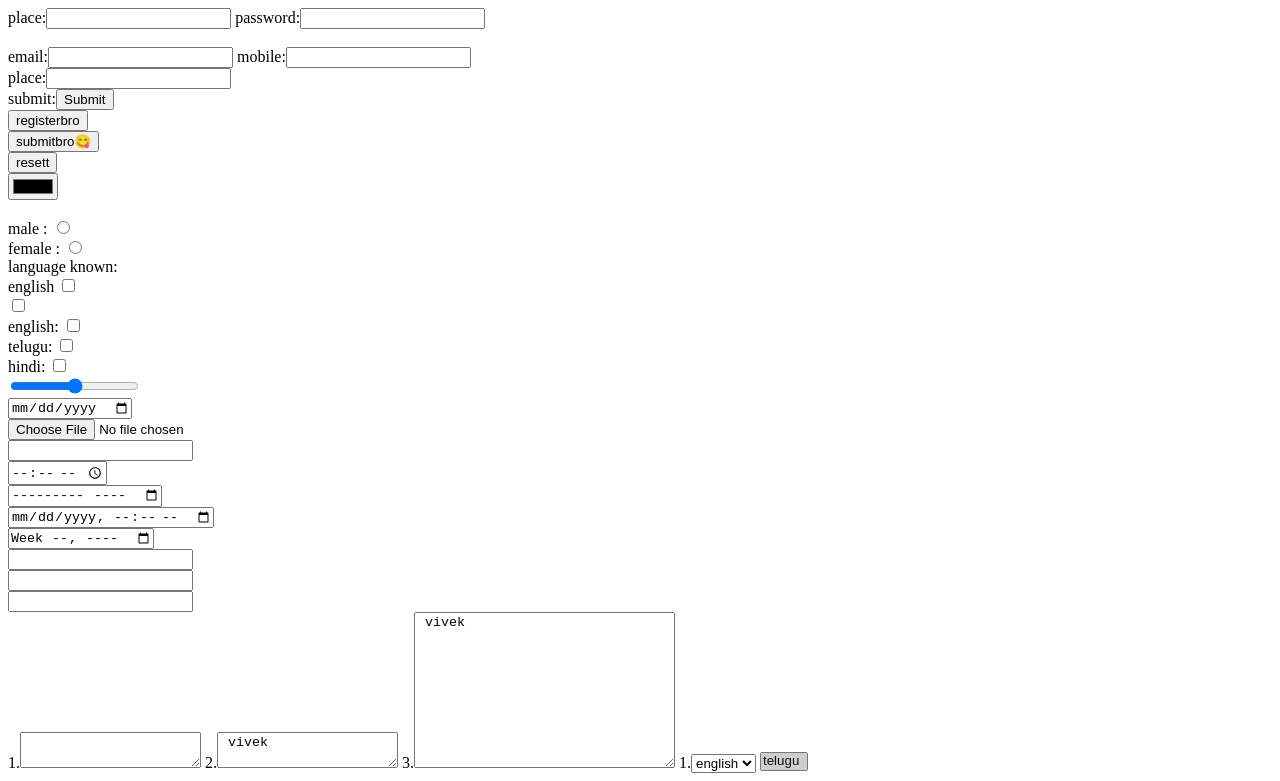
Repository: viveknaidu007/repo-113-HTML
Page: 9.html
The author's editor kept a copy of each file at every save. The page is drawn from the files as they stood at one save, then again after the next save.
The browser window is 1280 px wide. The pictures show the whole page.

Above is the page before, as saved 2024-06-15 22:25:21.

### 9.html
<!DOCTYPE html>
<html>
    <head>
        <title> forms demo</title>
    </head>

    <body>
        <form action="response.html">
            place:<input type="text">
            password:<input type="password"> <br> <br>
            email:<input type="email">
            mobile:<input type="tel"> <br>
            place:<input type="number"> <br>
            submit:<input type="submit"> <br>
            <input type="submit" value="registerbro"> <br>
            <input type="submit" value="submitbro😋"> <br>
            <input type="reset" value="resett">  <br>
            <input type="color"> <br>
            <input type="hidden"> <br>
            male : <input type="radio" name="gender"> <br>
            female : <input type="radio" name="gender"> <br>
            language known: <br>
            english <input type="checkbox"> <br>
            <input type="checkbox"> <br>
            english: <input type="checkbox"> <br>
            telugu: <input type="checkbox"> <br>
            hindi: <input type="checkbox"> <br>

            <input type="range"> <br>
            <input type="date"> <br>
            <input type="file"> <br>
            <input type="search"> <br>
            <input type="time"> <br>
            <input type="month"> <br>
            <input type="datetime-local"> <br>
            <input type="week"> <br>
            <input type="url"> <br>

            <input type="text" name="place" minlength="3" maxlength="10"> <br>
            <input type="password" required minlength="3" maxlength="10"> <br>

            1.<textarea></textarea>
            2.<textarea> vivek </textarea>
            3.<textarea cols="30" rows="10"> vivek </textarea>

            1.<select>
                <option> english</option>
                <option> telugu</option>
                <option> hindi</option>
            </select>

            <select multiple size="1">
                <option> english</option>
                <option selected> telugu</option>
                <option> hindi</option>
            </select>

        </form>
    </body>
</html>

After the next save:
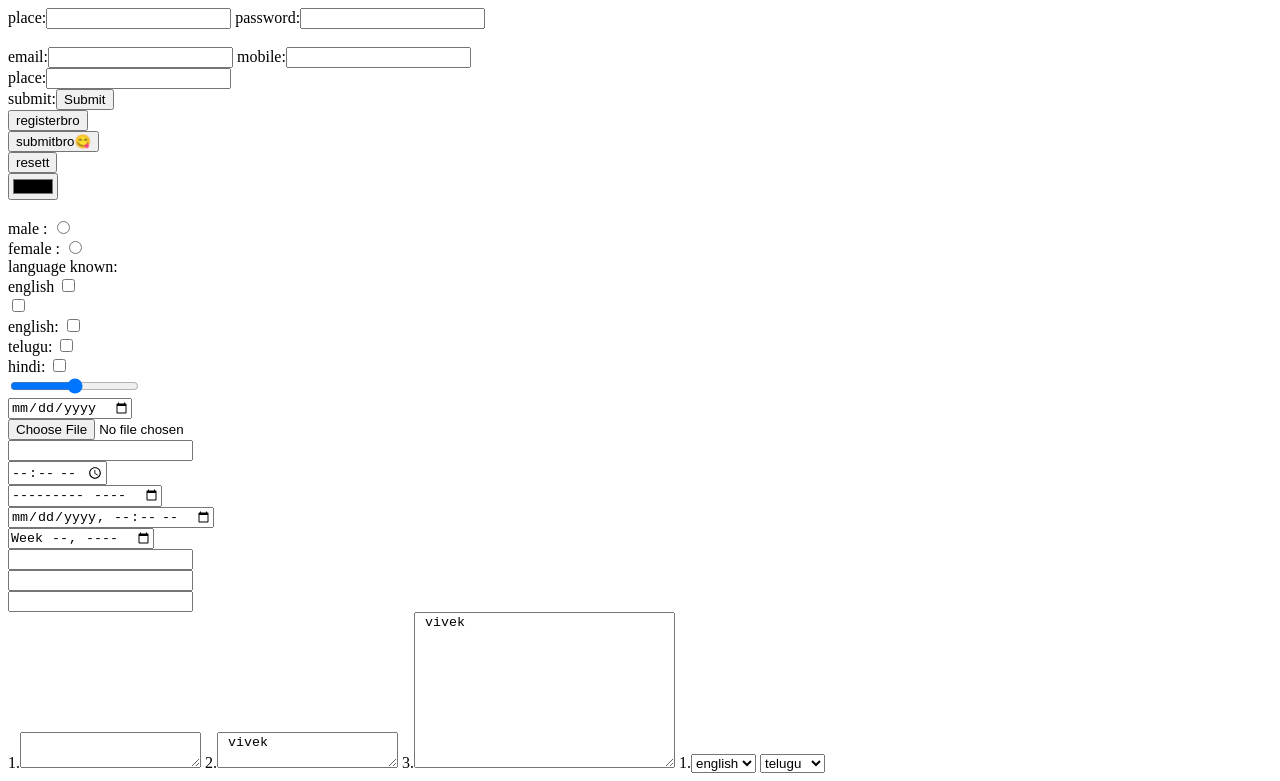
Saved 2 min 19 s later.
--- a/9.html
+++ b/9.html
@@ -49,8 +49,8 @@
                 <option> hindi</option>
             </select>
 
-            <select multiple size="1">
-                <option> english</option>
+            <select multiplesize="1" name="lang">
+                <option value="en"> english</option>
                 <option selected> telugu</option>
                 <option> hindi</option>
             </select>
